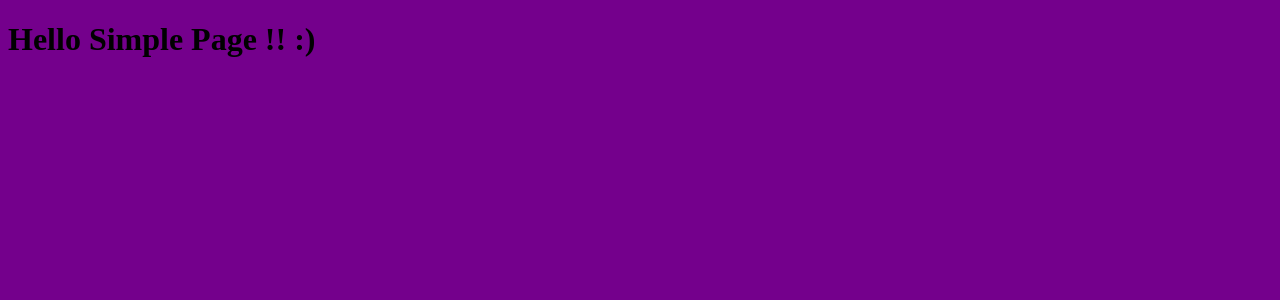
Repository: uditjain100/JavaScript-for-Web
Page: 10.Promises/simple.html
The author's editor kept a copy of each file at every save. The page is drawn from the files as they stood at one save, then again after the next save.
The browser window is 1280 px wide. The pictures show the whole page.

Above is the page before, as saved 2021-01-23 16:26:56.

### 10.Promises/simple.html
<!DOCTYPE html>
<html lang="en">
  <head>
    <meta charset="UTF-8" />
    <meta name="viewport" content="width=device-width, initial-scale=1.0" />
    <title>Simple</title>
  </head>
  <body style="transition: 1s background-color">
    <h1>Hello Simple Page !! :)</h1>
    <script src="app.js"></script>
  </body>
</html>

### 10.Promises/app.js
// firstApproach();
// secondApproach();
thirdApproach();
// First Approach
function firstApproach() {
  setTimeout(() => {
    document.body.style.backgroundColor = "red";
  }, 1000);
  setTimeout(() => {
    document.body.style.backgroundColor = "green";
  }, 2000);
  setTimeout(() => {
    document.body.style.backgroundColor = "blue";
  }, 3000);
  setTimeout(() => {
    document.body.style.backgroundColor = "yellow";
  }, 4000);
}

// Second Approach
function secondApproach() {
  setTimeout(() => {
    document.body.style.backgroundColor = "red";
    setTimeout(() => {
      document.body.style.backgroundColor = "yellow";
      setTimeout(() => {
        document.body.style.backgroundColor = "green";
      }, 1000);
    }, 1000);
  }, 1000);
}

//Third Appreach
function thirdApproach() {
  function delayedColorChange(newColor, delay) {
    setTimeout(() => {
      document.body.style.backgroundColor = newColor;
    }, delay);
  }
  delayedColorChange("red", 1000);
  delayedColorChange("yellow", 2000);
  delayedColorChange("green", 3000);
  delayedColorChange("purple", 4000);
  delayedColorChange("blue", 5000);
}

function fourthApproach() {
  function delayedColorChange(newColor, delay, doNext) {
    setTimeout(() => {
      document.body.style.backgroundColor = newColor;
      doNext();
    }, delay);
  }
}

After the next save:
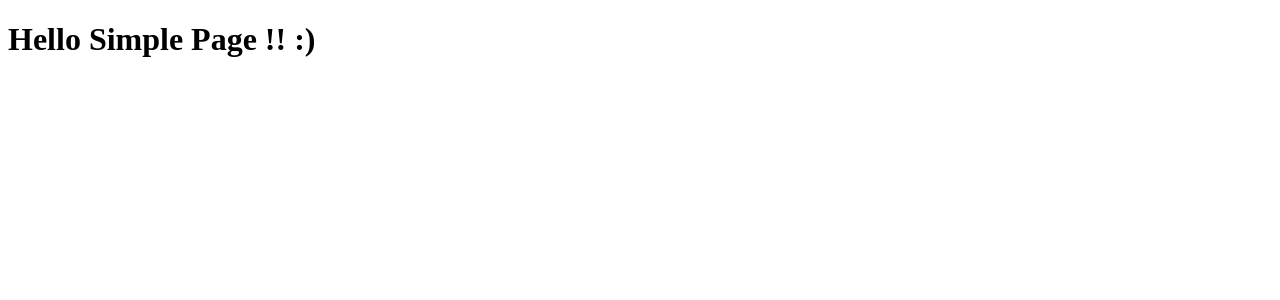
Console error: SyntaxError: Unexpected token ')'
Saved 110 s later.
--- a/10.Promises/app.js
+++ b/10.Promises/app.js
@@ -51,4 +51,13 @@
       doNext();
     }, delay);
   }
+  delayedColorChange('red',1000,() = >{
+      delayedColorChange('yellow',1000,() => {
+          delayedColorChange('purple',1000,() => {
+              delayedColorChange('green' , 1000 , ()=> {
+
+              })
+          })
+      })
+  })
 }

After the 2 saves that followed:
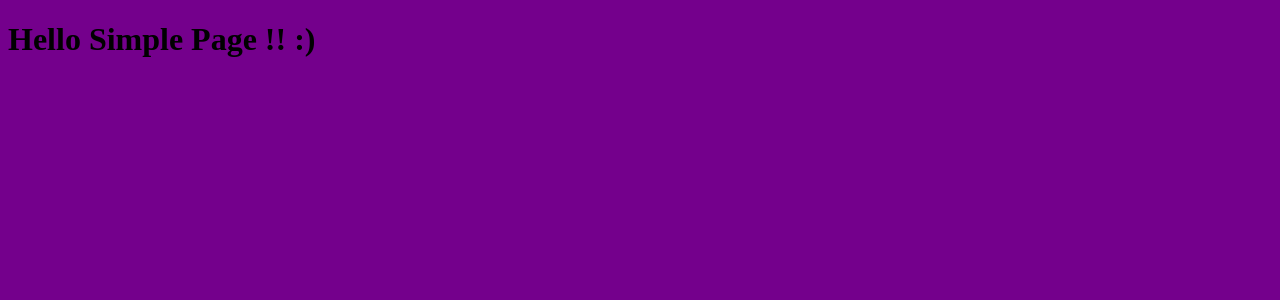
The error is gone.
The 2 saves are shown as one change because 1 left the picture as it was.
The last was saved 54 s later.
--- a/10.Promises/app.js
+++ b/10.Promises/app.js
@@ -51,13 +51,5 @@
       doNext();
     }, delay);
   }
-  delayedColorChange('red',1000,() = >{
-      delayedColorChange('yellow',1000,() => {
-          delayedColorChange('purple',1000,() => {
-              delayedColorChange('green' , 1000 , ()=> {
-
-              })
-          })
-      })
-  })
+  delayedColorChange("red", 1000, () => {});
 }
